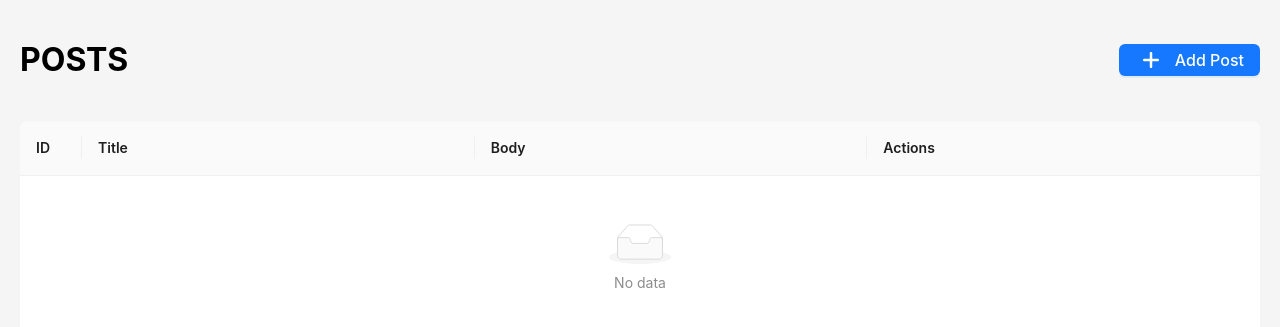
Repository: yasserrrz/Denamo-posts
Page: /
The author's editor kept a copy of each file at every save. The page is drawn from the files as they stood at one save, then again after the next save.
The browser window is 1280 px wide. The pictures show the whole page.
The page's requests for data from a server got no answer. The project was rebuilt for these pictures with package versions that can differ from the ones it lists, and the page was loaded fresh each time. No one was signed in, and anything a server would have sent is missing. Also part of the build but not shown: src/components/PostForm.tsx.

Above is the page before, as saved 2024-11-28 16:40:26.

### src/App.tsx
import React, { useState } from 'react';
import { Button, Layout, Modal, Typography } from 'antd';
import DataTable from './components/DataTable';
// import AddPostForm from './components/AddPostForm';
import './App.css';
import PostForm from './components/PostForm';
import {ReactComponent as AddIcon} from "./assets/add-277.svg";
const { Header, Content } = Layout;
const { Title } = Typography;


const App: React.FC = () => {
  const [isModalOpen, setIsModalOpen] = useState(false);
  return (<>
    <Layout style={{ minHeight: '100vh' }}>
      <Content style={{ padding: '20px' }}>
         <div style={{marginTop: '20px ' , marginBottom: '20px' , display: 'flex', justifyContent: 'space-between' , alignItems: 'center' }}>
         <Title level={2} style={{ textAlign: 'center' , marginBottom:"0px" , marginTop:"0px" , fontSize: '32px' , fontWeight: '700' , textTransform: 'uppercase' , color: '#000' }}>
          Posts
        </Title>
         <Button onClick={()=>{setIsModalOpen(true)}} style={{fontSize: '16px' , fontWeight: '500' , padding: '15px'}} type="primary"><AddIcon/> Add Post</Button>
         </div>
        <div style={{ marginTop: '40px' }}>
          <DataTable />
        </div>
      </Content>
    </Layout>
    <Modal open={isModalOpen} title="Add New Post" centered width={800} onCancel={() => setIsModalOpen(false)} footer={null}>
      <PostForm  setIsModalOpen={setIsModalOpen} />
    </Modal>
  </>
  );
};

export default App;

### src/components/DataTable.tsx
import React, { useEffect, useState } from 'react';
import { Table, Button, Modal, Form, Input, notification } from 'antd';
import axios from 'axios';
import { Post } from '../types/Post';
import {ReactComponent as EditIcon} from "../assets/edit.svg"
import {ReactComponent as DeleteIcon} from "../assets/delete-icon-1.svg"
const DataTable: React.FC = () => {
  const [posts, setPosts] = useState<Post[]>([]);
  const [loading, setLoading] = useState<boolean>(true);
  const [editingPost, setEditingPost] = useState<Post | null>(null);
  const [isModalOpen, setIsModalOpen] = useState<boolean>(false);
  const [deleteModalOpen, setDeleteModalOpen] = useState<boolean>(false);

  useEffect(() => {
    const fetchData = async () => {
      setLoading(true);
      try {
        const response = await axios.get<Post[]>('https://jsonplaceholder.typicode.com/posts');
        setPosts(response.data);
      } catch (error) {
        console.log(error);
      } finally {
        setLoading(false);
      }
    };

    fetchData();
  }, []);

  const handleEdit = (post: Post) => {
    setEditingPost(post);
    setIsModalOpen(true);
  };

  const handleUpdatePost = async (values: Omit<Post, 'id'>) => {
    if (!editingPost) return;

    try {
      const response = await axios.put<Post>(
        `https://jsonplaceholder.typicode.com/posts/${editingPost.id}`,
        values
      );
      setPosts((prev) =>
        prev.map((post) => (post.id === editingPost.id ? { ...post, ...response.data } : post))
      );
      notification.success({
        message: 'Post Updated',
        description: `Post with ID ${editingPost.id} was updated successfully.`,
      });
    } catch (error) {
      notification.error({
        message: 'Error',
        description: 'Failed to update the post.',
      });
    } finally {
      setIsModalOpen(false);
      setEditingPost(null);
    }
  };

  const handleDelete = async (id: number) => {
    try {
      await axios.delete(`https://jsonplaceholder.typicode.com/posts/${id}`);
      setPosts((prev) => prev.filter((post) => post.id !== id));
      notification.success({
        message: 'Post Deleted',
        description: `Post with ID ${id} was deleted successfully.`,
      });
    } catch (error) {
      notification.error({
        message: 'Error',
        description: 'Failed to delete the post.',
      });
    }
    setDeleteModalOpen(false);
  };

  const columns = [
    {
      title: 'ID',
      dataIndex: 'id',
      key: 'id',
      width: '5%',
      render: (text: string) => <span style={{ fontSize: '12px', color: '#888' }}>{text}</span>,
    },
    {
      title: 'Title',
      dataIndex: 'title',
      key: 'title',
    },
    {
      title: 'Body',
      dataIndex: 'body',
      key: 'body',
    },
    {
      title: 'Actions',
      key: 'actions',
      render: (text: any, record: Post) => (
        <div style={{ width: '100%', display: 'flex', gap: '10px', justifyContent: 'space-around' }}>
          <Button type="primary"  onClick={() => handleEdit(record)}>
            <EditIcon/>
          </Button>
          <Button type={"primary"} danger onClick={() => {
            setEditingPost(record);
            setDeleteModalOpen(true);
          }}>
            <DeleteIcon/>
          </Button>
        </div>
      ),
    },
  ];

  return (
    <>
      <Table
        dataSource={posts}
        columns={columns}
        rowKey="id"
        loading={loading}
        scroll={{ y: "calc(100vh - 250px)",  x: 700}}
        pagination={{ pageSize: 10 }}
      />

      {/* edit modal */}
      <Modal
        title="Edit Post"
        open={isModalOpen}
        onCancel={() => setIsModalOpen(false)}
        footer={null}

        centered
      >
        <Form
          initialValues={{ title: editingPost?.title, body: editingPost?.body }}
          onFinish={handleUpdatePost}
          layout="vertical"
        >
          <Form.Item
            name="title"
            label="Title"
            rules={[{ required: true, message: 'Please input the title!' }]}

          >
            <Input placeholder="Enter post title" />
          </Form.Item>
          <Form.Item
            name="body"
            label="Body"
            rules={[{ required: true, message: 'Please input the body!' }]}
          >
            <Input.TextArea rows={4} placeholder="Enter post body" />
          </Form.Item>
          <Form.Item style={{ textAlign: 'center' , display: 'flex', justifyContent: 'flex-end' }}>
            <Button type="default"  htmlType="submit">
              Update Post
            </Button>
          </Form.Item>
        </Form>
      </Modal>

      {/* Delete modal */}
      <Modal
        title="Delete Post"
        open={deleteModalOpen}
        onCancel={() => setDeleteModalOpen(false)}
        footer={null}

        centered
      >
        <p>Are you sure you want to delete this post?</p>
        <div style={{ display: 'flex', gap: '10px', justifyContent: "flex-end" }}>
          <button className='delete-btn' onClick={() => handleDelete(editingPost?.id || 0)}>
            Yes
          </button>
          <button  className='cancel' onClick={() => setDeleteModalOpen(false)}>No</button>
        </div>
      </Modal>
    </>
  );
};

export default DataTable;

### src/App.css
.cancel{
  color: #000000e0;
  background-color: #fff;
  border: 1px solid #000000e0;
  border-radius: 8px;
  padding: 8px 15px;
  cursor: pointer;
  transition: all 0.15s ease-in-out;
}

.cancel:hover{
  background-color: #000000e0;
  color: #fff;
}

.delete-btn{
  color: #fff;
  background-color: #ff4d4f;
  border: 1px solid #ff4d4f;
  border-radius: 8px;
  padding: 8px 15px;
  cursor: pointer;
  transition: all 0.15s ease-in-out;
}

.delete-btn:hover{
  background-color: #fff;
  color: #ff4d4f;
  border: 1px solid #ff4d4f;
}

.ant-table-body {
  scrollbar-width: thin;
  scrollbar-color: #888 #f5f5f5;
  overflow-y: scroll; /* Ensure vertical scrolling is functional */
  scrollbar-width: none; /* Hide scrollbar in Firefox */
}

.ant-table-body ::-webkit-scrollbar-corner
 {
  display: none;
}

.svg-container {
  width: 24px;
  height: 24px;
}

.svg-container svg {
  width: 100%;
  height: 100%;
}

Loaded but not shown: public/index.html (common file); src/index.tsx (common file); src/index.css (common file); src/reportWebVitals.ts (common file)

After the next save:
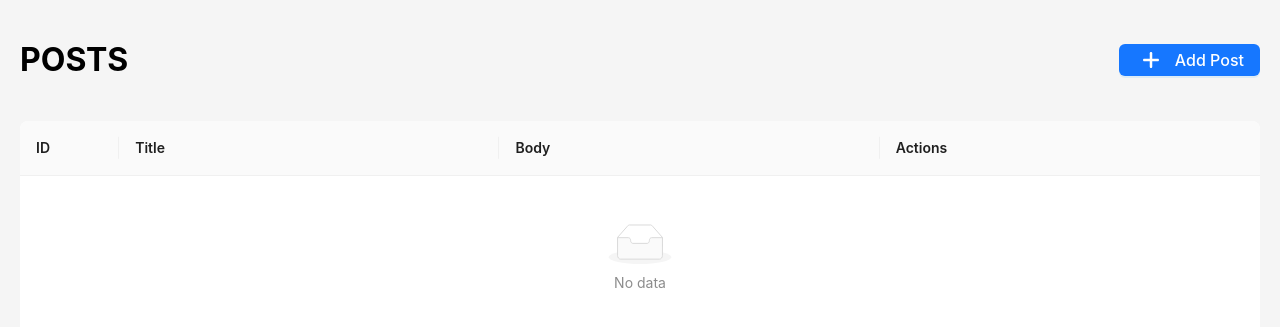
Saved 19 s later.
--- a/src/components/DataTable.tsx
+++ b/src/components/DataTable.tsx
@@ -80,7 +80,7 @@ const DataTable: React.FC = () => {
       title: 'ID',
       dataIndex: 'id',
       key: 'id',
-      width: '5%',
+      width: '8%',
       render: (text: string) => <span style={{ fontSize: '12px', color: '#888' }}>{text}</span>,
     },
     {
